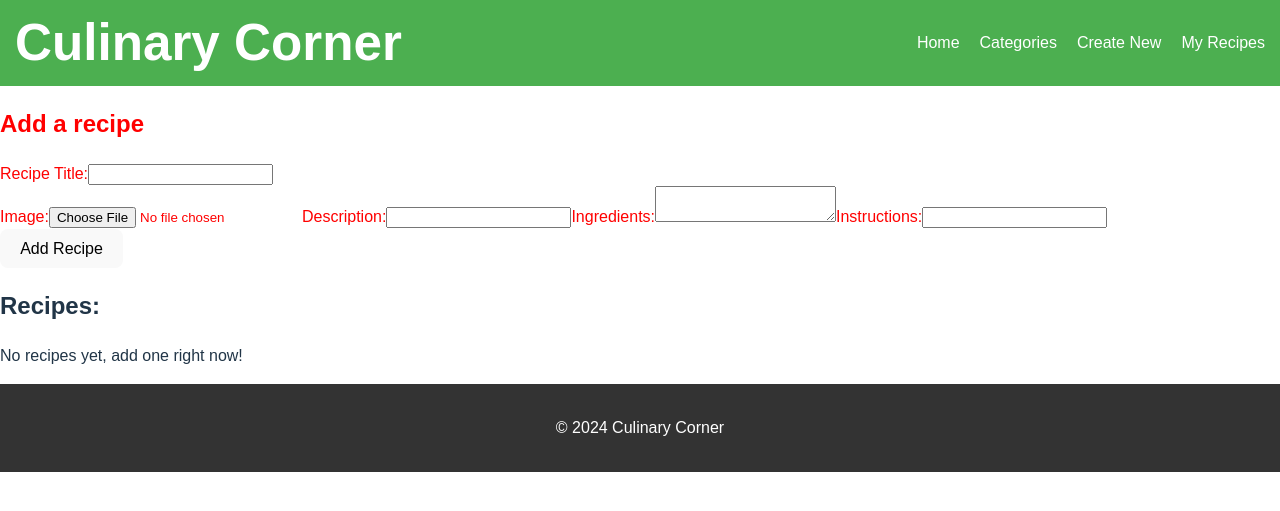
Repository: danielder10/Mon-Jumi-Daniel-FrontEnd-Project
Page: /add-new-recipe
These files come from the project's save history. The page is drawn as it stood at one moment and after the next save; the edit follows.
The browser window is 1280 px wide. The pictures show the whole page.
The project was rebuilt for these pictures with package versions that can differ from the ones it lists, and the page was loaded fresh each time. Also part of the build but not shown: vite.config.js, src/Home.jsx, src/Categories.jsx, src/MyRecipes.jsx, src/RecipesDetails.jsx.

Above is the page before, as saved 2024-11-16 01:14:04.

After the next save:
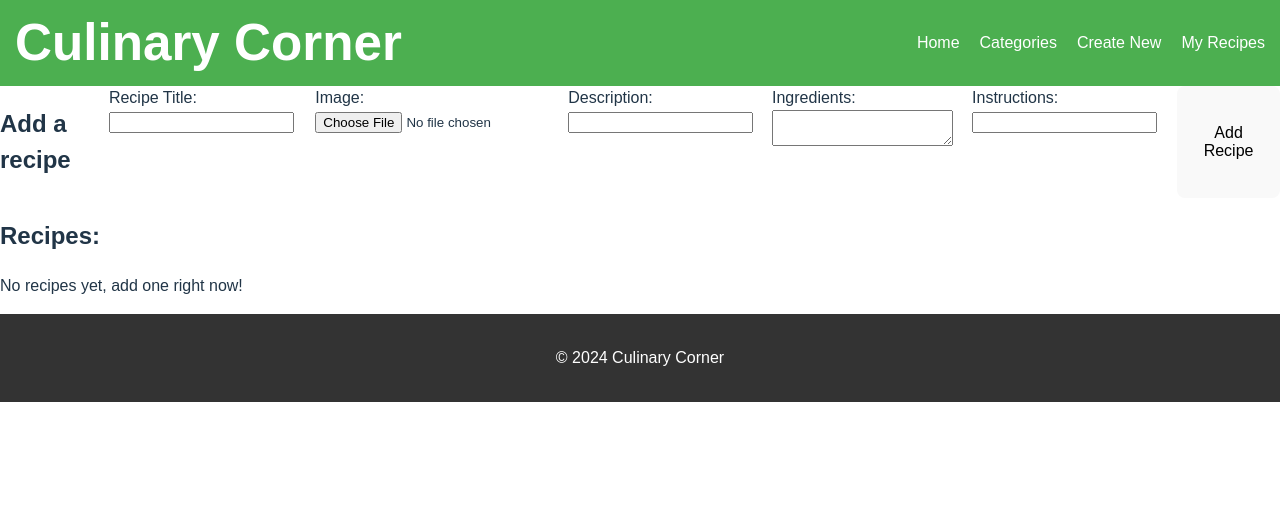
Saved 7 s later.
--- a/src/App.css
+++ b/src/App.css
@@ -83,5 +83,6 @@ footer {
 
 /****** Add new recipe ******/
 .add-recipe-form {
-  color: red;
+  display: flex;
+  align-items: row;
 }
